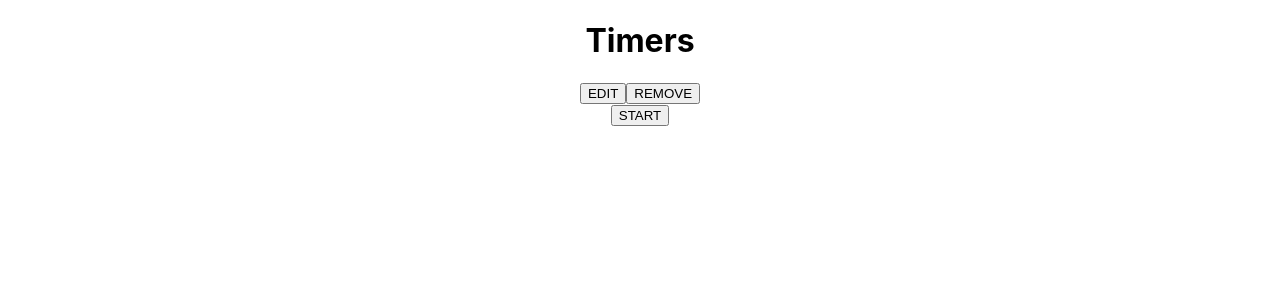
Repository: dqhuy153/react-timer
Page: /
The author's editor kept a copy of each file at every save. The page is drawn from the files as they stood at one save, then again after the next save.
The browser window is 1280 px wide. The pictures show the whole page.
The project was rebuilt for these pictures with package versions that can differ from the ones it lists, and the page was loaded fresh each time. Also part of the build but not shown: src/components/TimerForm/index.jsx.

Above is the page before, as saved 2021-10-26 09:02:28.

After the next save:
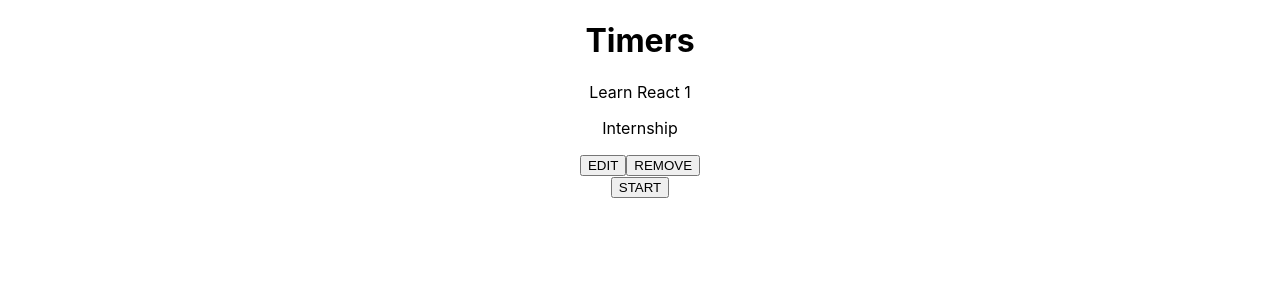
Saved 51 s later.
--- a/src/App.js
+++ b/src/App.js
@@ -7,7 +7,11 @@ function App() {
     <div className="App">
       <h1>Timers</h1>
 
-      <EditableTimerForm />
+      <EditableTimerForm
+        title="Learn React 1"
+        project="Internship"
+        timers={123423}
+      />
     </div>
   );
 }
